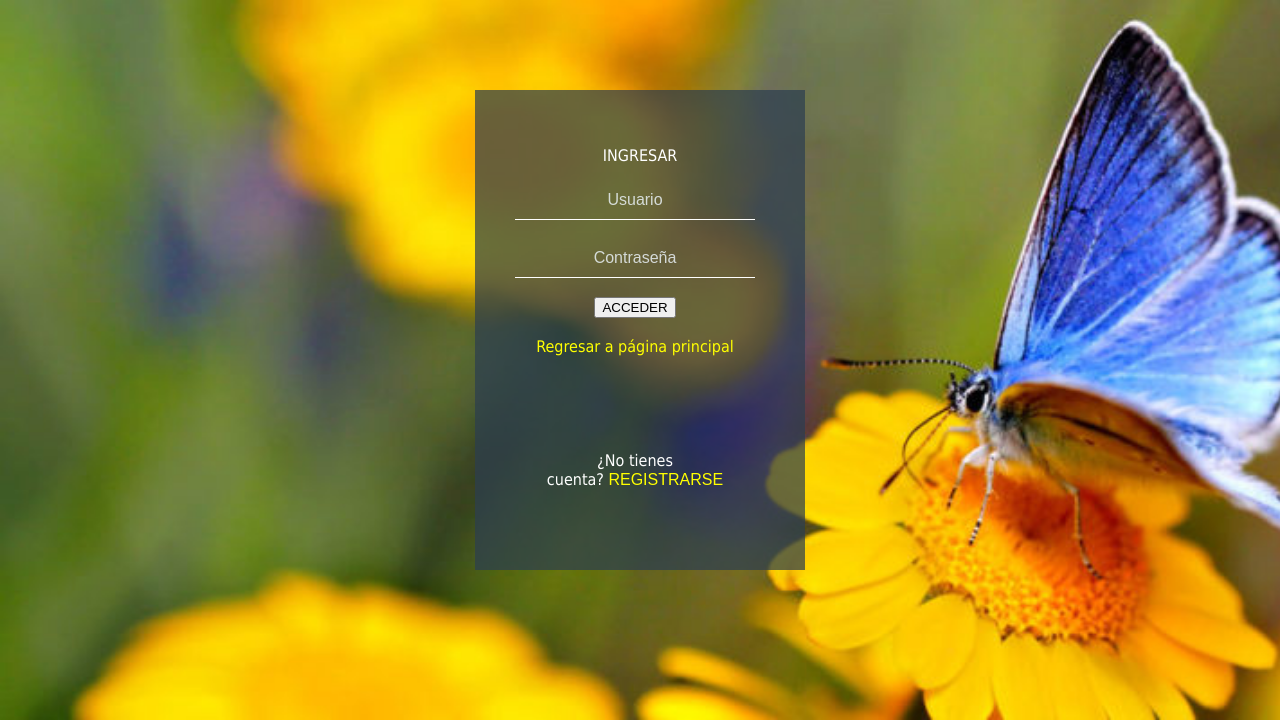
Repository: roberthcobena/Php
Page: http://localhost/login.php
An editor plug-in stored every save of this project. The page is shown before and after the next save, followed by the edit.
The browser window is 1280 px wide. The pictures show the whole page.
Some web fonts or font styles are not loaded; a fallback is used. The page is run by PHP 8.4 with error messages shown; the project is at /var/www/html/.

Above is the page before, as saved 2020-06-25 10:07:23.

After the next save:
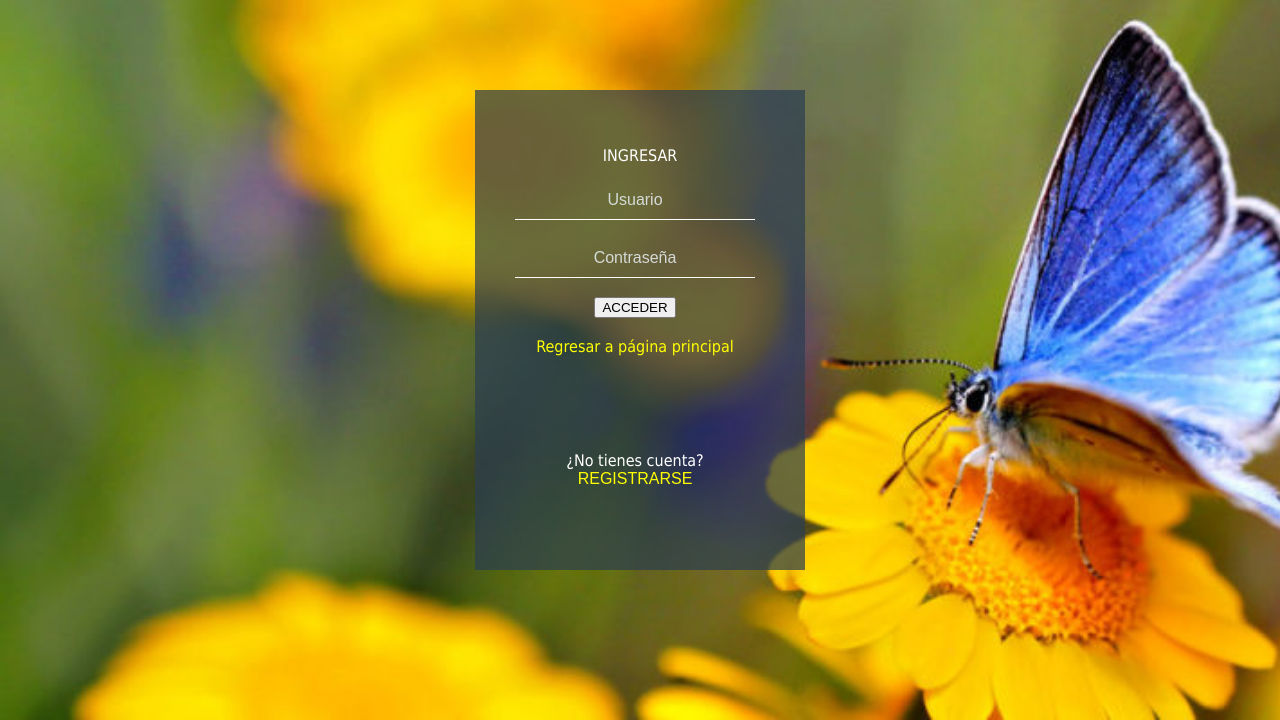
Saved 13 s later.
--- a/Educativa/login.php
+++ b/Educativa/login.php
@@ -58,7 +58,7 @@
       <input type="password" class="form-control" placeholder="Contraseña" name="user_password" required></br></br>
       <button type="submit" class="btn btn-primary btn-block" name="login" id="submit">ACCEDER</button></br></br>
       <a href="index.php">Regresar a página principal</a></br></br></br></br></br></br>
-      ¿No tienes cuenta?<a href="registro.php" style="font-family:'Play', sans-serif;">&nbsp;REGISTRARSE</a>
+      ¿No tienes cuenta?<a href="registro.php" style="font-family:'Play', sans-serif;"></br>REGISTRARSE</a>
    </form>
 </div>
 </body>
